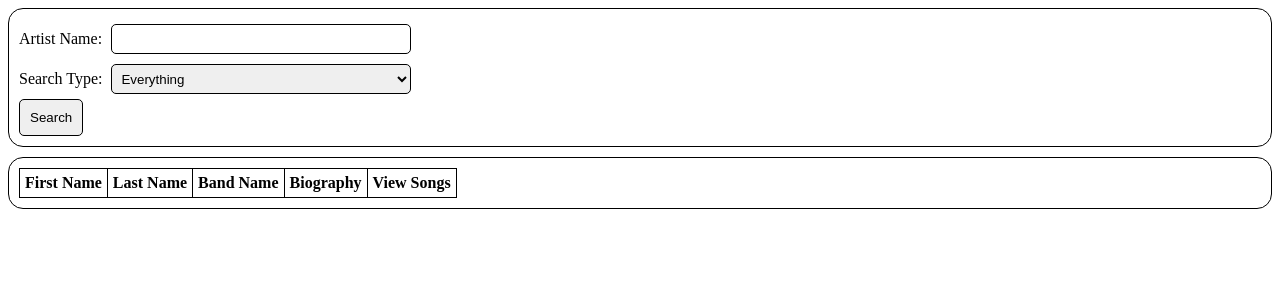
Repository: jasonfic/jmf194_INFSCI1017
Page: jmf194_FinalProject/WebContent/artist.html
An editor plug-in stored every save of this project. The page is shown before and after the next save, followed by the edit.
The browser window is 1280 px wide. The pictures show the whole page.

Above is the page before, as saved 2019-04-14 19:59:06.

### jmf194_FinalProject/WebContent/artist.html
<html>
<head>
<meta charset="UTF-8">
<title>Songs</title>
<script src="script/jquery-3.4.0.min.js"></script>
<link href="css/style.css" rel="stylesheet" type="text/css" />

</head>
<body>
<div id="artistSearch" class = "table">
	<div>
		Artist Name: <input type="text" id="artistName" name="artistName" value="" class="textField" />
	</div>
	<div>
		Search Type:
		<select name="searchType" id="searchType" class="textField">
			<option value="">Everything</option>
			<option value="equals">Equals</option>
			<option value="begins">Begins</option>
			<option value="ends">Ends</option>
			<option value="contains">Contains</option>
		</select>
	</div>
	<div>
		<input type="button" id="btnSearch" name="btnSubmit" value="Search" />
	</div>
</div>

<div id="searchResults">
	<table id="tblSearchResults">
		<tr>
			<th>First Name</th>
			<th>Last Name</th>
			<th>Band Name</th>
			<th>Biography</th>
			<th>View Songs</th>
		</tr>
	</table>
</div>

</body>
<script>
	$(document).ready(function (){
		$("#btnSearch").click(function (){
			search();
		});

		$("#artistName").keyup(function () {
			var keyPressed = $("#artistName").val();
			if (keyPressed.length > 2) {
				search();
			}
			else {
				$(".dataRow").remove();
			}
		});
	});

	function search() {
		var title = $("#artistName").val();
		var searchType = $("#searchType").val();

		var url = "ArtistListWS?artistName=" + artistName + "&searchType=" + searchType;
		$.get(url, function(resp){
			parseSongData(resp);
		})
	}

	function parseGenreData(data){
		// $("#searchResults").text(JSON.stringify(data));
		$(".dataRow").empty();
		var result = "";

		for(var i=0; i < data.length; i++){
			var tr = $("<tr></tr>"); // created empty html table row
			tr.attr({"class" : "datarow"});

			// First data cell
			var td = $("<td></td>"); // created empty html table data
			td.html(data[i].firstName);
			tr.append(td);

			// Second data cell
			// Note that we don't need to redeclare this
			td = $("<td></td>");
			td.html(data[i].lastName)
			tr.append(td);

			// Third data cell
			td = $("<td></td>");
			td.html(data[i].bandName)
			tr.append(td);

			td = $("<td></td>");
			td.html(data[i].bio)
			tr.append(td);

			td = $("<td></td>");
			var link = "<a href='song.html?artist_id=" + data[i].artist_id + "'>View Songs</a>";
			td.html(link)
			tr.append(td);

			// Append row to the table
			$("#tblSearchResults").append(tr);
		}

		// $("#searchResults").html(result);
	}
</script>
</html>

### jmf194_FinalProject/WebContent/css/style.css
.table {
	border: 1px solid #000;
	padding: 10px;
	border-radius: 15px;
}

.textField {
	border: 1px solid #000;
	border-radius: 5px;
	padding: 5px;
	margin: 5px;
	width: 300px;
	height: 30px;
}

#searchResults {
	border: 1px solid #000;
	padding: 10px;
	margin-top: 10px;
	border-radius: 15px;
}

input[type=button] {
	border: 1px solid #000;
	padding: 10px;
	border-radius: 5px;
}

#tblSearchResults {
	border-collapse: collapse;
}

#tblSearchResults tr th, td {
	border: 1px solid #000;
	padding: 5px;
}

Loaded but not shown: jmf194_FinalProject/WebContent/script/jquery-3.4.0.min.js (library)

After the next save:
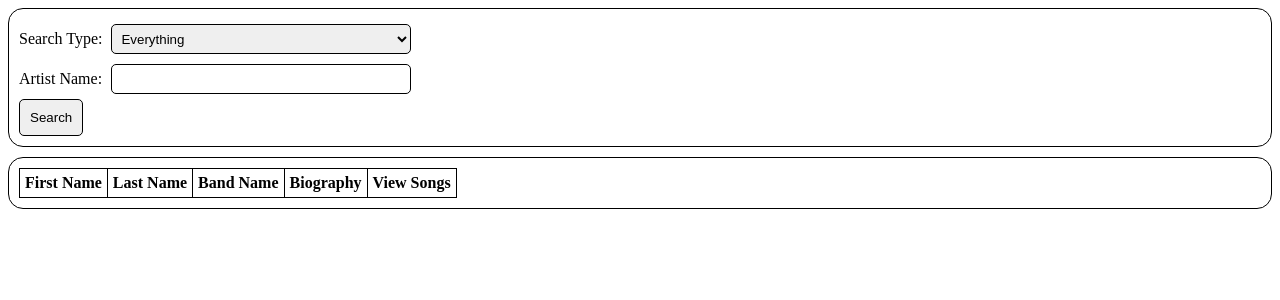
Saved 21 h 10 min later.
--- a/jmf194_FinalProject/WebContent/artist.html
+++ b/jmf194_FinalProject/WebContent/artist.html
@@ -9,9 +9,6 @@
 <body>
 <div id="artistSearch" class = "table">
 	<div>
-		Artist Name: <input type="text" id="artistName" name="artistName" value="" class="textField" />
-	</div>
-	<div>
 		Search Type:
 		<select name="searchType" id="searchType" class="textField">
 			<option value="">Everything</option>
@@ -20,6 +17,9 @@
 			<option value="ends">Ends</option>
 			<option value="contains">Contains</option>
 		</select>
+	</div>
+	<div>
+		Artist Name: <input type="text" id="bandName" name="bandName" value="" class="textField" />
 	</div>
 	<div>
 		<input type="button" id="btnSearch" name="btnSubmit" value="Search" />
@@ -45,8 +45,8 @@
 			search();
 		});
 
-		$("#artistName").keyup(function () {
-			var keyPressed = $("#artistName").val();
+		$("#bandName").keyup(function () {
+			var keyPressed = $("#bandName").val();
 			if (keyPressed.length > 2) {
 				search();
 			}
@@ -57,16 +57,15 @@
 	});
 
 	function search() {
-		var title = $("#artistName").val();
+		var title = $("#bandName").val();
 		var searchType = $("#searchType").val();
-
-		var url = "ArtistListWS?artistName=" + artistName + "&searchType=" + searchType;
+		var url = "ArtistListWS?bandName=" + firstName + "&searchType=" + searchType;
 		$.get(url, function(resp){
-			parseSongData(resp);
+			parseArtistData(resp);
 		})
 	}
 
-	function parseGenreData(data){
+	function parseArtistData(data){
 		// $("#searchResults").text(JSON.stringify(data));
 		$(".dataRow").empty();
 		var result = "";
@@ -95,10 +94,10 @@
 			td.html(data[i].bio)
 			tr.append(td);
 
-			td = $("<td></td>");
+			/*td = $("<td></td>");
 			var link = "<a href='song.html?artist_id=" + data[i].artist_id + "'>View Songs</a>";
 			td.html(link)
-			tr.append(td);
+			tr.append(td);*/
 
 			// Append row to the table
 			$("#tblSearchResults").append(tr);
